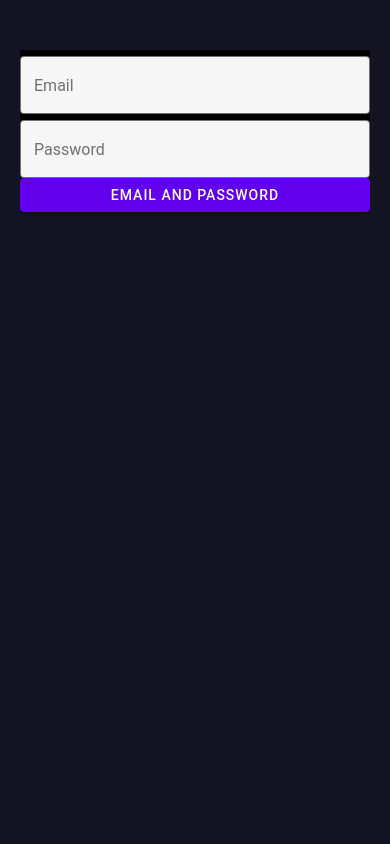
Repository: pascalgrim/GymTracker
Screen: /
An editor plug-in stored every save of this project. The screen is shown before and after the next save, followed by the edit.
The app was drawn by React Native's web renderer in a window 390 px wide. The project was rebuilt for these pictures with package versions that can differ from the ones it lists, and the page was loaded fresh each time. Also part of the build but not shown: components/menuCard.js, components/Dashboard.js, firebase.js, context/AuthContext.js.

Above is the screen before, as saved 2021-11-05 19:56:08.

### App.js
import { StatusBar } from "expo-status-bar";
import React from "react";
import {
  Button,
  StyleSheet,
  Text,
  View,
  TouchableOpacity,
  Image,
  SafeAreaView,
} from "react-native";
import MenuCard from "./components/menuCard";

// LOGOS
import mainLogo from "./imgs/mainLogo.png";
import SettingsIcon from "./imgs/mainSettings.png";

// ICONS FOR CARDS
import IconSessions from "./imgs/schreibe-brief.png";
import Dashboard from "./components/Dashboard";
import Signup from "./components/Signup";

export default function App() {
  return (
    <View style={styles.container}>
      {/* <Dashboard/> */}
      <Signup/>

      <StatusBar style="auto" />
    </View>
  );
}

const styles = StyleSheet.create({
  container: {
    flex: 1,
    backgroundColor: "#131321",
    paddingLeft: 20,
    paddingRight: 20,
    paddingTop: 30,
    paddingBottom: 20,
  },
});

### components/Signup.js
import React from 'react'
import {Card, Button,TextInput,Appbar} from 'react-native-paper';
import { View,StyleSheet } from 'react-native';
import { useRef ,useState} from 'react'
import { Link,Route,BrowserRouter as Router,Routes } from 'react-router-dom';
// import Button from '@mui/material/Button';
import {useAuth} from "../context/AuthContext"

export default function Signup() {
    const emailRef = useRef()
    const passwordRef = useRef()
    const passwordConfirmRef = useRef()
    const signup = useAuth()
    const [error,setError] = useState("")
    const [loading,setLoading] = useState(false)

    async function handleSubmit(e){
        e.preventDefault()
        console.log((passwordRef.current.value).length)

        if (passwordRef.current.value !== passwordConfirmRef.current.value){
            return setError("Passwords do not match.")
        }
        else if ((passwordRef.current.value).length < 6){
            return setError("Passwords must have at least 6 characters.")
        }
        try{
            setError("")
            setLoading(true)
            await signup(emailRef.current.value,passwordRef.current.value)
            history.push("/")
        }catch{
            setError("Failed to create an Account.")
        }
        setLoading(false)


    }
    return (
        <View style={styles.container}>
        <TextInput label="Email" mode="outlined"/>
        <TextInput label="Password" mode="outlined" secureTextEntry={true}/>
        <Button dark={true} mode="contained" onPress={handleSubmit}>
            Email And Password
            </Button>
        </View>

    )
}

const styles = StyleSheet.create({
    container: {
        display:'flex',
        marginTop:20,
        backgroundColor:"black",

    },
  });

After the next save:
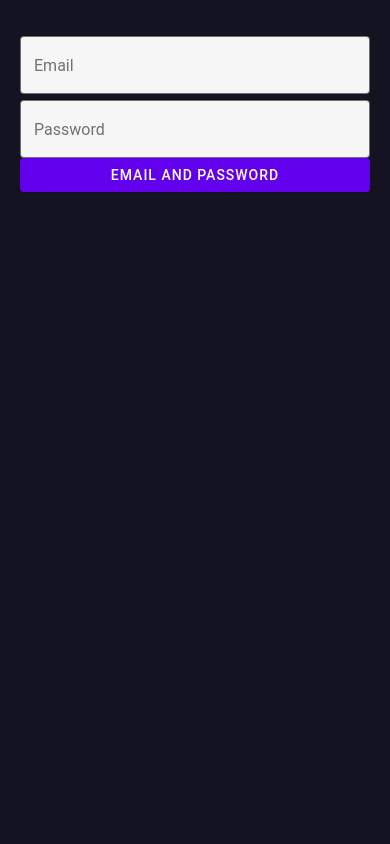
Saved 25 s later.
--- a/components/Signup.js
+++ b/components/Signup.js
@@ -51,8 +51,7 @@ export default function Signup() {
 const styles = StyleSheet.create({
     container: {
         display:'flex',
-        marginTop:20,
-        backgroundColor:"black",
+
 
     },
   });
